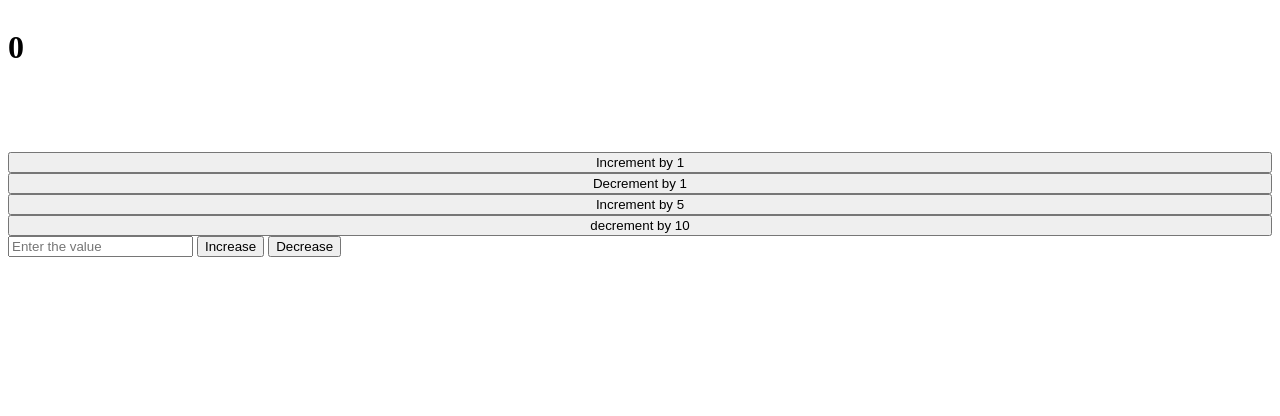
Repository: drumsmanku/micro-project-2
Page: index.html
These files come from the project's save history. The page is drawn as it stood at one moment and after the next save; the edit follows.
The browser window is 1280 px wide. The pictures show the whole page.

Above is the page before, as saved 2023-04-07 19:30:30.

### index.html
<!DOCTYPE html>
<html lang="en">
<head>
  <meta charset="UTF-8">
  <meta http-equiv="X-UA-Compatible" content="IE=edge">
  <meta name="viewport" content="width=device-width, initial-scale=1.0">
  <link rel="stylesheet" href="style.css">
  <title>micro Project 2</title>
</head>
<body>
  <div class="my-elements">
    <h1 id="h1-tag">0</h1>
    <div class="second-part">
      <div class="second-first-part">
        <button id="clicked-1">Increment by 1</button>
        <button id="clicked-2">Decrement by 1</button>
        <button id="clicked-3">Increment by 5</button>
        <button id="clicked-4">decrement by 10</button>
      </div>
      <div class="second-second-part">
        <input type="number" name="num" id="num" placeholder="Enter the value">
        <button id="inc-dec-1">Increase</button>
        <button id="inc-dec-2">Decrease</button>
      </div>

    </div>
  </div>
</body>
</html>

### style.css
.my-elements{
  display: flex;


  flex-direction: column;
}

.second-part{
  display: flex;
  flex-direction: column;
  flex-wrap: wrap;
  margin-top: 4rem;
}

.second-first-part{
  display: flex;
  flex-direction: column;
}

After the next save:
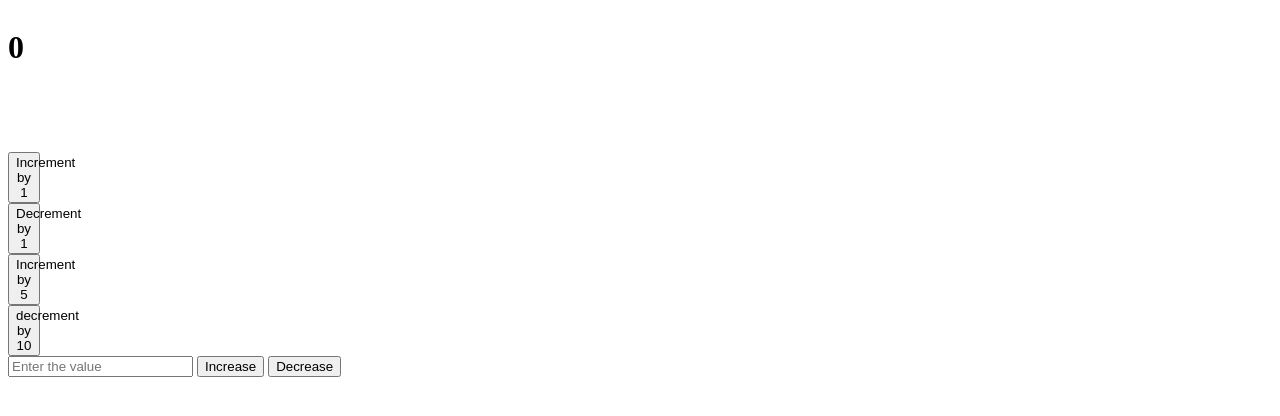
Saved 81 s later.
--- a/style.css
+++ b/style.css
@@ -16,3 +16,7 @@
   display: flex;
   flex-direction: column;
 }
+
+.second-first-part button{
+  width: 2rem;
+}
